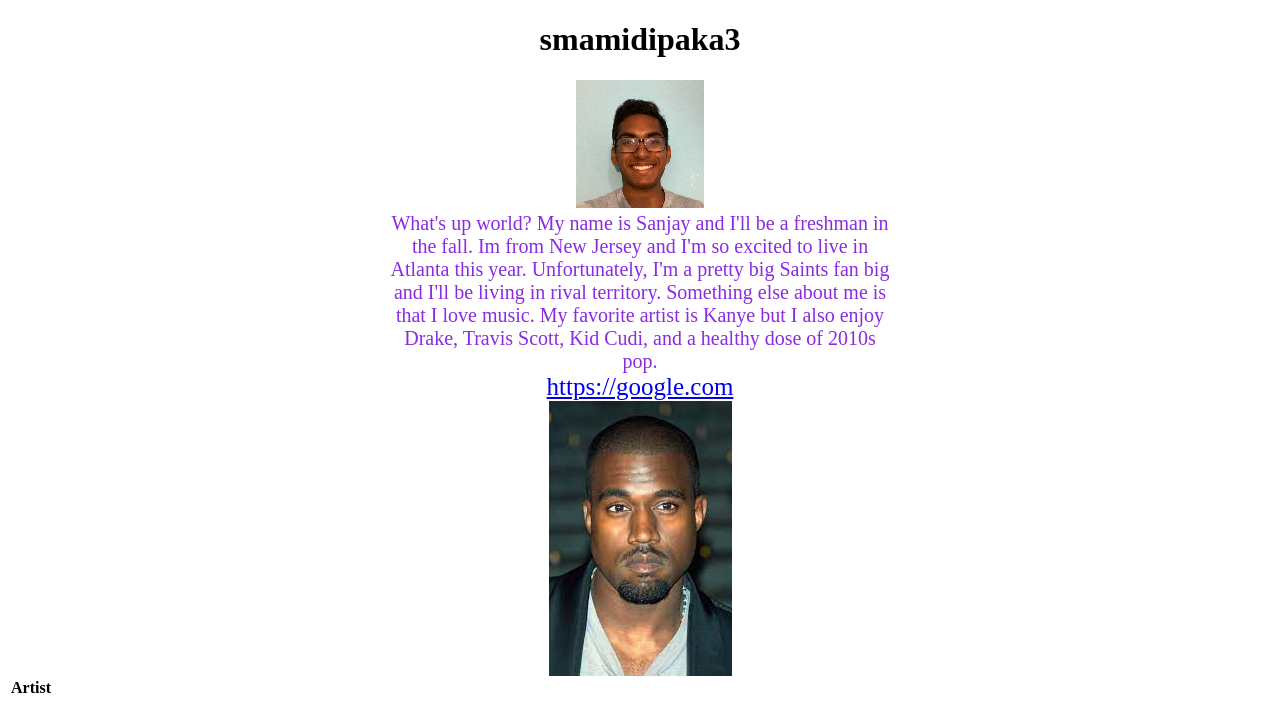
Repository: sanjayMamidipaka/cs1301
Page: lab01/index.html
These files come from the project's save history. The page is drawn as it stood at one moment and after the next save; the edit follows.
The browser window is 1280 px wide. The pictures show the whole page.

Above is the page before, as saved 2021-07-22 16:28:55.

After the next save:
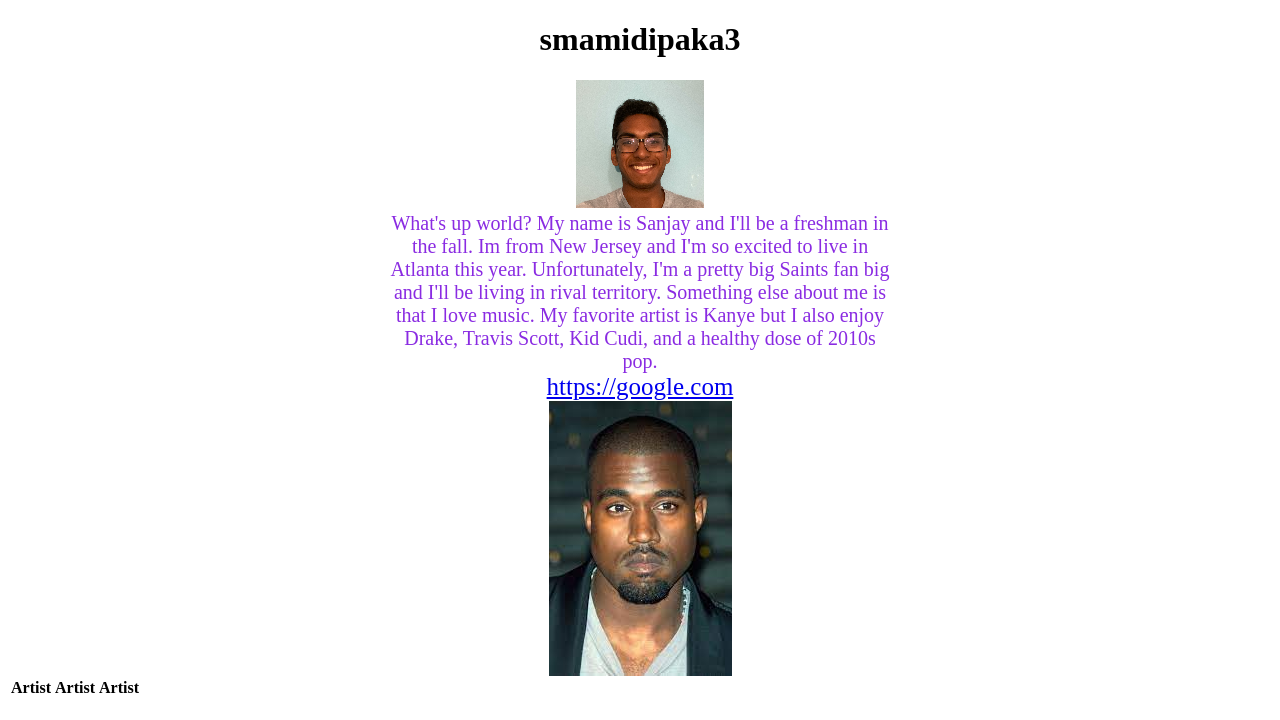
Saved 5 s later.
--- a/lab01/index.html
+++ b/lab01/index.html
@@ -25,5 +25,7 @@
 <table>
     <tr>
         <th>Artist</th>
+        <th>Artist</th>
+        <th>Artist</th>
     </tr>
 </table>
